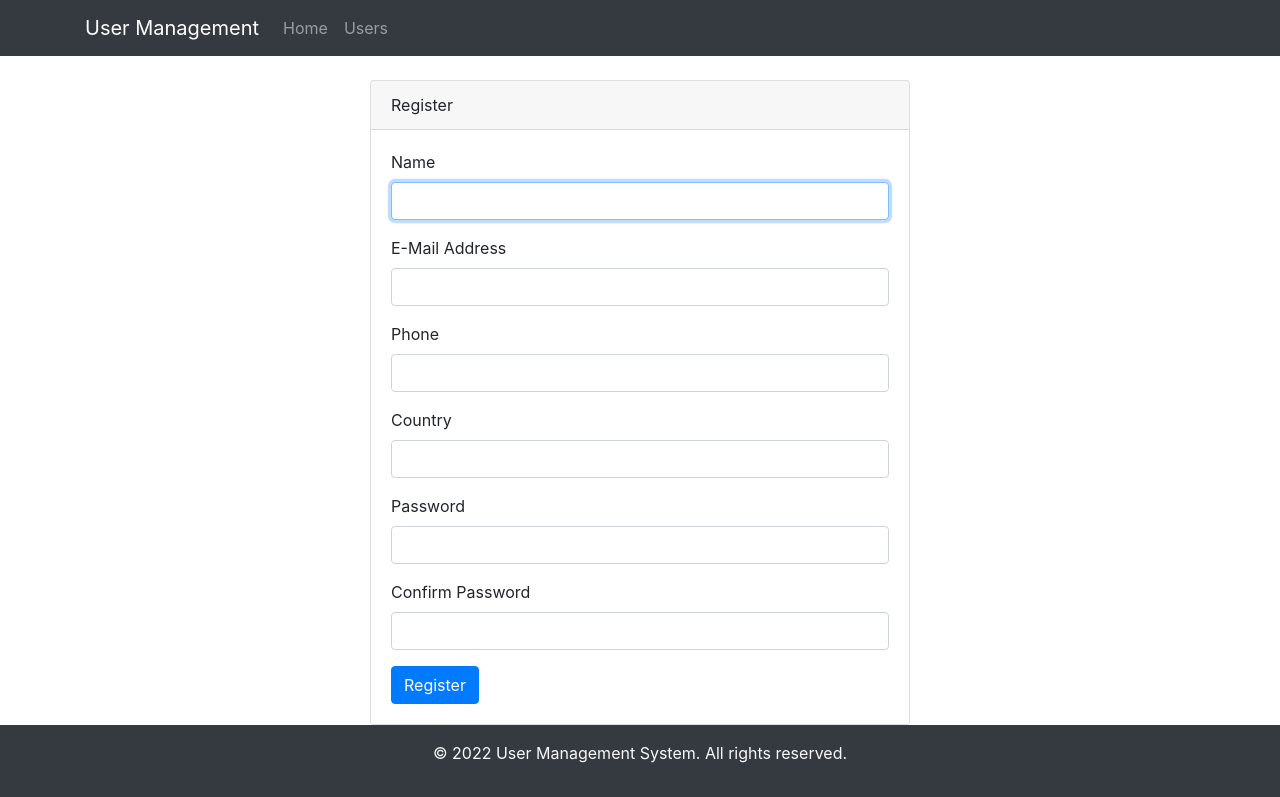
Repository: Tauqeer124/usermanagemet
Page: http://localhost/register
The author's editor kept a copy of each file at every save. The page is drawn from the files as they stood at one save, then again after a run of saves.
The browser window is 1280 px wide. The pictures show the whole page.
The page is served by the project's Laravel application, run on PHP 8.4 with Laravel 8.

Above is the page before, as saved 2023-07-24 11:48:36.

After the next 2 saves:
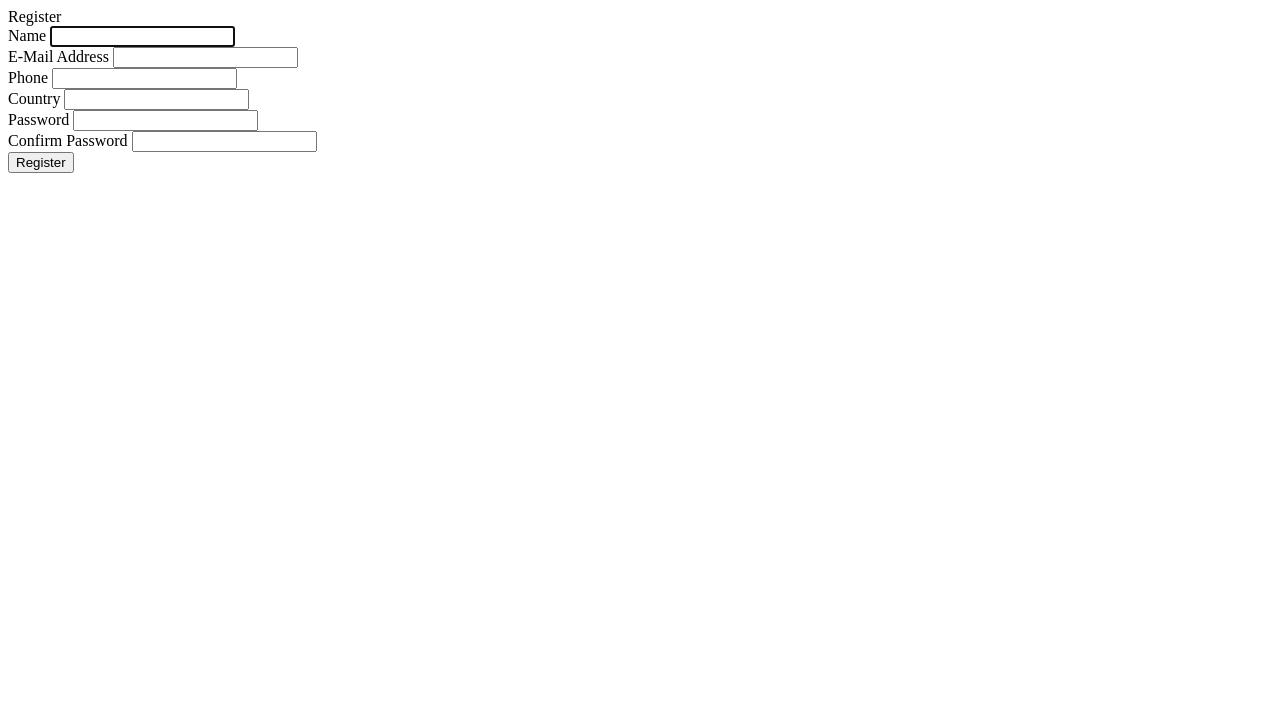
The 2 saves are shown as one change because 1 did not build or start.
The last was saved 3 min 0 s later.
--- a/resources/views/auth/register.blade.php
+++ b/resources/views/auth/register.blade.php
@@ -1,6 +1,4 @@
-@extends('layouts.app')
 
-@section('content')
     <!-- Registration Form -->
     <div class="row justify-content-center">
         <div class="col-md-6">
@@ -74,4 +72,3 @@
             </div>
         </div>
     </div>
-@endsection
